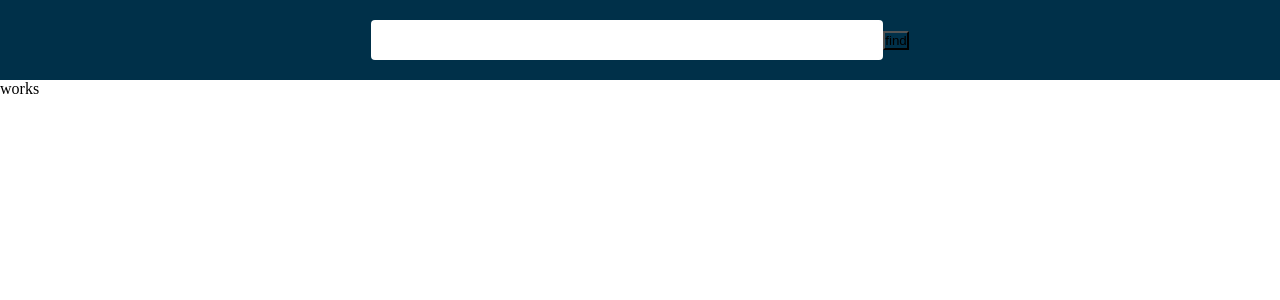
Repository: rutsguifd/uni
Page: / (app in filmhub-react/)
These files come from the project's save history. The page is drawn as it stood at one moment and after the next save; the edit follows.
The browser window is 1280 px wide. The pictures show the whole page.
The project was rebuilt for these pictures with package versions that can differ from the ones it lists, and the page was loaded fresh each time.

Above is the page before, as saved 2022-04-13 01:26:10.

### filmhub-react/src/index.js
import React from "react";
import ReactDOM from "react-dom";
import { Provider } from "react-redux";
import App from "./App";
import { store } from "./store"

ReactDOM.render(
  <React.StrictMode>
    <Provider store={store}>
      <App />
    </Provider>
  </React.StrictMode>,
  document.getElementById("root")
);

### filmhub-react/src/App.js
import Header from "./components/Header";
import './styles/App.scss'

function App() {
  return (
    <div className="App">
    <Header/>
      works
    </div>
  );
}

export default App;

### filmhub-react/src/store/index.js
import { combineReducers, createStore } from "redux";
import { composeWithDevTools } from "redux-devtools-extension";
import { fetchDataReducer } from "./fetchDataReducer";
const rootReducer = combineReducers({
    fetchDataReducer
})

export const store = createStore(rootReducer, composeWithDevTools())

### filmhub-react/src/components/Header.jsx
import axios from "axios";
import React, { useState } from "react";
import { useDispatch } from "react-redux";
import "../styles/Header.scss"
import MyButton from "./UI/MyButton/MyButton";
import MyInput from "./UI/MyInput/MyInput";

function fetchSearchMovie(searchQuery) {
  return axios.get(`http://www.omdbapi.com/?apikey=c4183736&s=${searchQuery}`)
}

const Header = () => {
  const [searchQuery, setSearchQuery] = useState("");
  const dispatch = useDispatch();
  const fetchData = (e) => {
      e.preventDefault()
      fetchSearchMovie(searchQuery)
      .then((response)=>dispatch({type: "FETCH_SEARCH_MOVIE", payload: response.data.Search}))
      setSearchQuery("")
  }
  return (
    <div className="header">
      <form>
        <MyInput
          value={searchQuery}
          onChange={(e) => setSearchQuery(e.target.value)}
        />
        <MyButton onClick={fetchData}>find</MyButton>
      </form>
    </div>
  );
};

export default Header;

### filmhub-react/src/store/fetchDataReducer.js

const initialState = {
    movies: []
};

const FETCH_SEARCH_MOVIE = "FETCH_SEARCH_MOVIE";

export const fetchDataReducer = (state = initialState, action) => {
    switch(action.type) {
        case FETCH_SEARCH_MOVIE:
            return {...state, movies: action.payload}
        default:
            return state;
    }
}

### filmhub-react/src/styles/Header.scss
.header{
    display: flex;
    padding: 20px;
    justify-content: center;
    align-items: center;
    background-color: #003049;
}

### filmhub-react/src/components/UI/MyButton/MyButton.jsx
import React from 'react'
import classes from "./MyButton.module.scss"

const MyButton = ({children, ...props}) => {
  return (
    <button {...props} className={classes.button}>{children}</button>
  )
}

export default MyButton

### filmhub-react/src/components/UI/MyInput/MyInput.jsx
import React from 'react'
import classes from './MyInput.module.scss'

const MyInput = (props) => {
  return (
    <input {...props} className={classes.input}/>
  )
}

export default MyInput

### filmhub-react/src/components/UI/MyButton/MyButton.module.scss
.button {
    background-color: transparent;
}

### filmhub-react/src/components/UI/MyInput/MyInput.module.scss
.input{
    height: 40px;
    width: 40vw;
    border-radius: 4px;
    border: none;
    &:focus{
        border: none;
    }
    &:hover {
        transition: 0.2s;
        background-color: #a8dadc;
    }
}

Loaded but not shown: filmhub-react/public/index.html (common file); filmhub-react/src/styles/App.scss (common file)

After the next save:
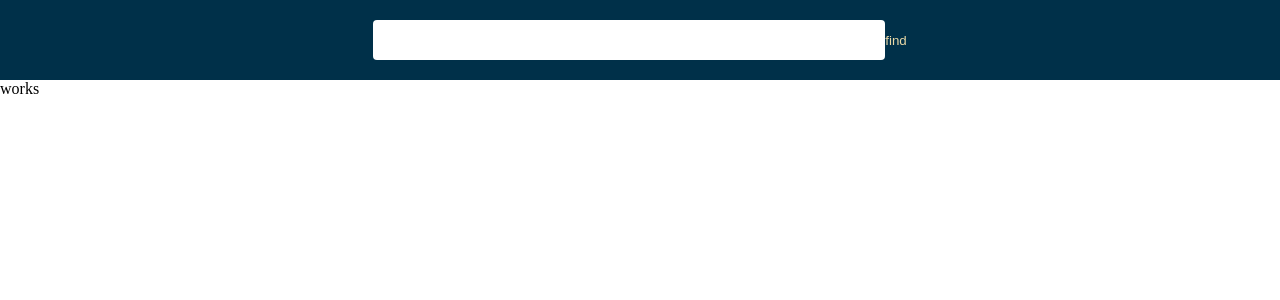
Saved 36 s later.
--- a/filmhub-react/src/components/UI/MyButton/MyButton.module.scss
+++ b/filmhub-react/src/components/UI/MyButton/MyButton.module.scss
@@ -1,3 +1,5 @@
 .button {
+    color: #e9d8a6;
     background-color: transparent;
+    border: none;
 }
